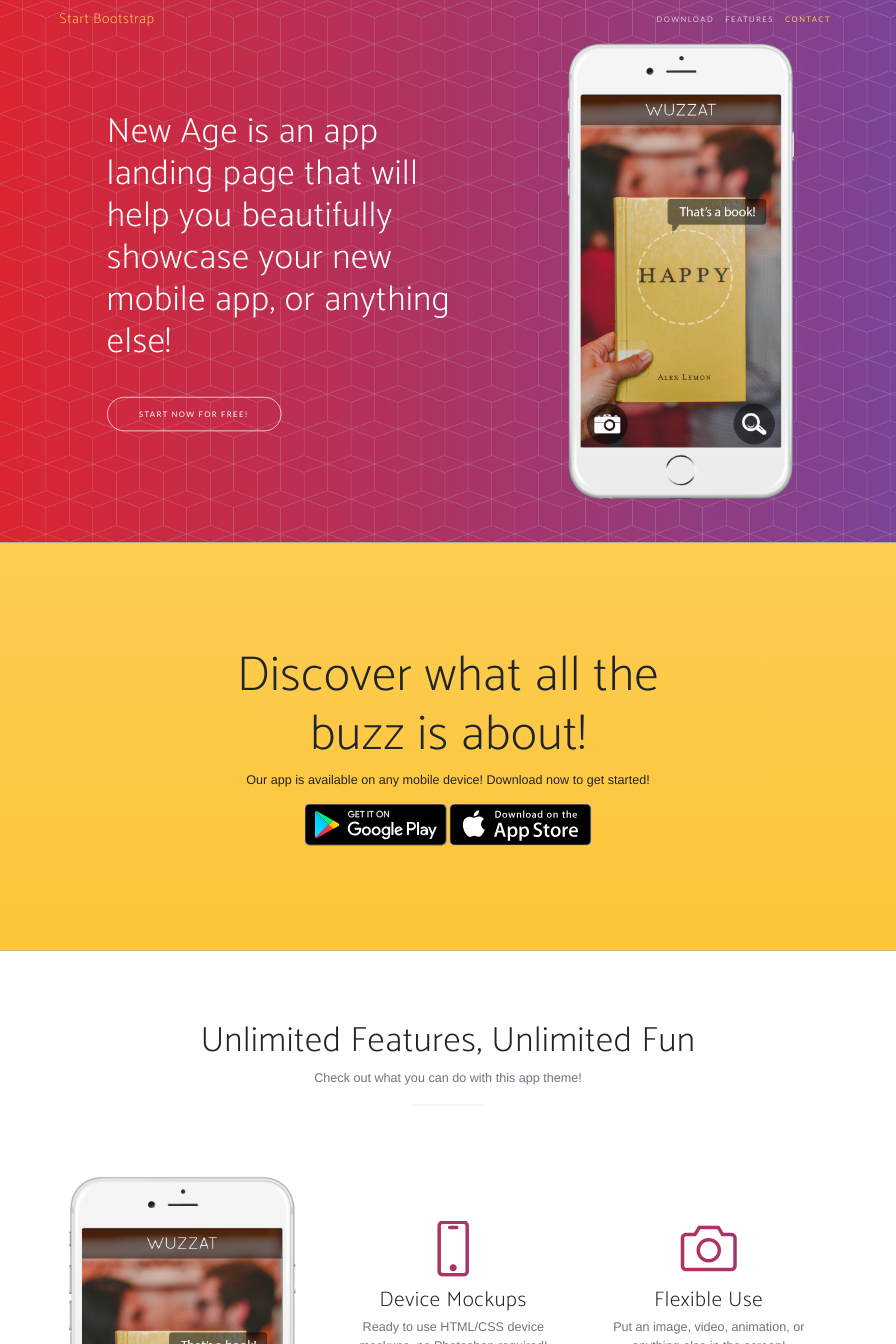
Repository: RonenAmit2/test2
Page: startbootstrap-new-age-gh-pages/index.html
The author's editor kept a copy of each file at every save. The page is drawn from the files as they stood at one save, then again after the next save.
The browser window is 1280 px wide. The pictures show the part of the page from y = 0 to 1920 px (the page is 3657 px tall), at 70% of full size.
Some web fonts or font styles are not loaded; a fallback is used.

Above is the page before, as saved 2018-08-06 18:08:00.

After the next save:
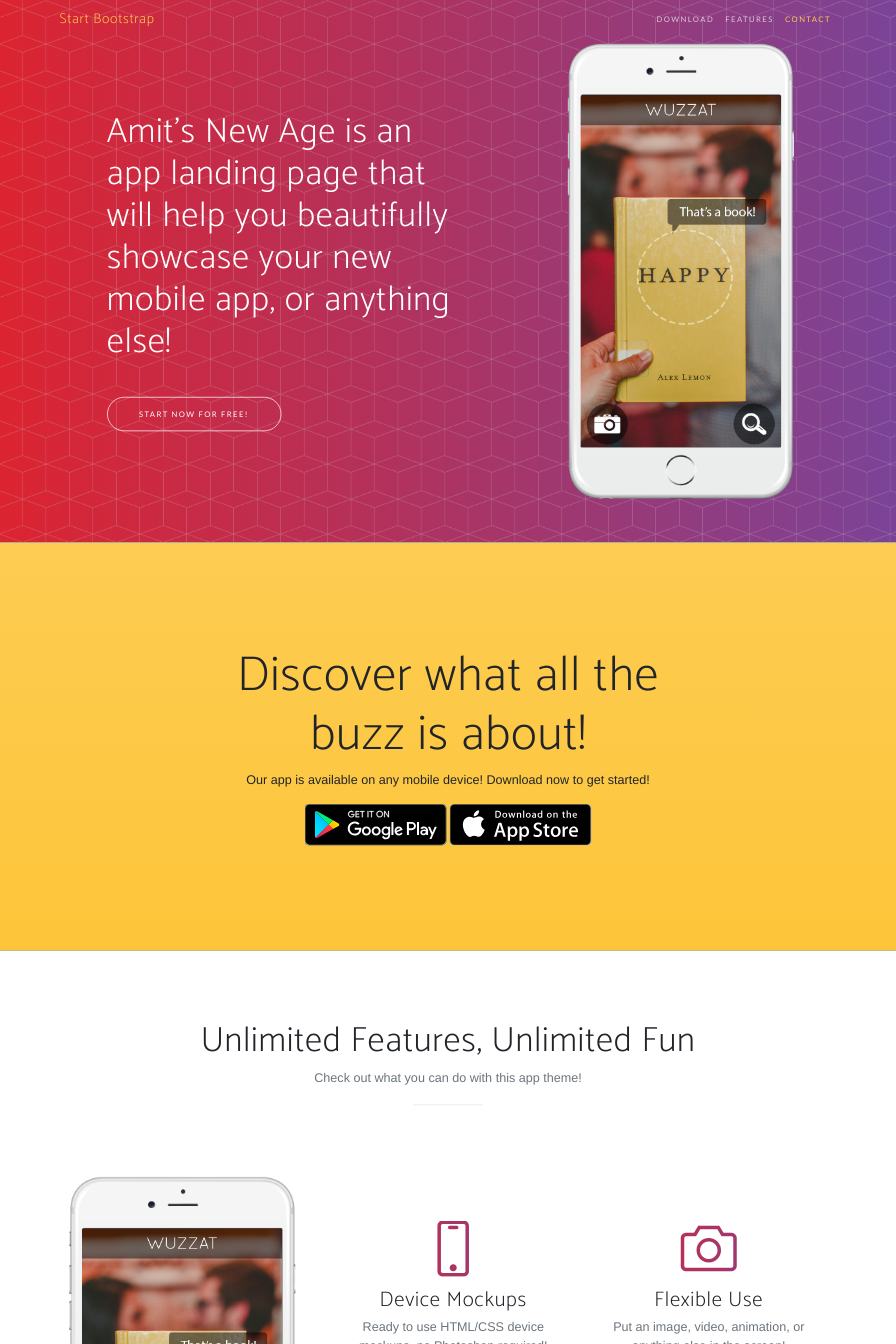
Saved 18 min 58 s later.
--- a/startbootstrap-new-age-gh-pages/index.html
+++ b/startbootstrap-new-age-gh-pages/index.html
@@ -59,7 +59,7 @@
         <div class="row h-100">
           <div class="col-lg-7 my-auto">
             <div class="header-content mx-auto">
-              <h1 class="mb-5">New Age is an app landing page that will help you beautifully showcase your new mobile app, or anything else!</h1>
+              <h1 class="mb-5">Amit's New Age is an app landing page that will help you beautifully showcase your new mobile app, or anything else!</h1>
               <a href="#download" class="btn btn-outline btn-xl js-scroll-trigger">Start Now for Free!</a>
             </div>
           </div>
